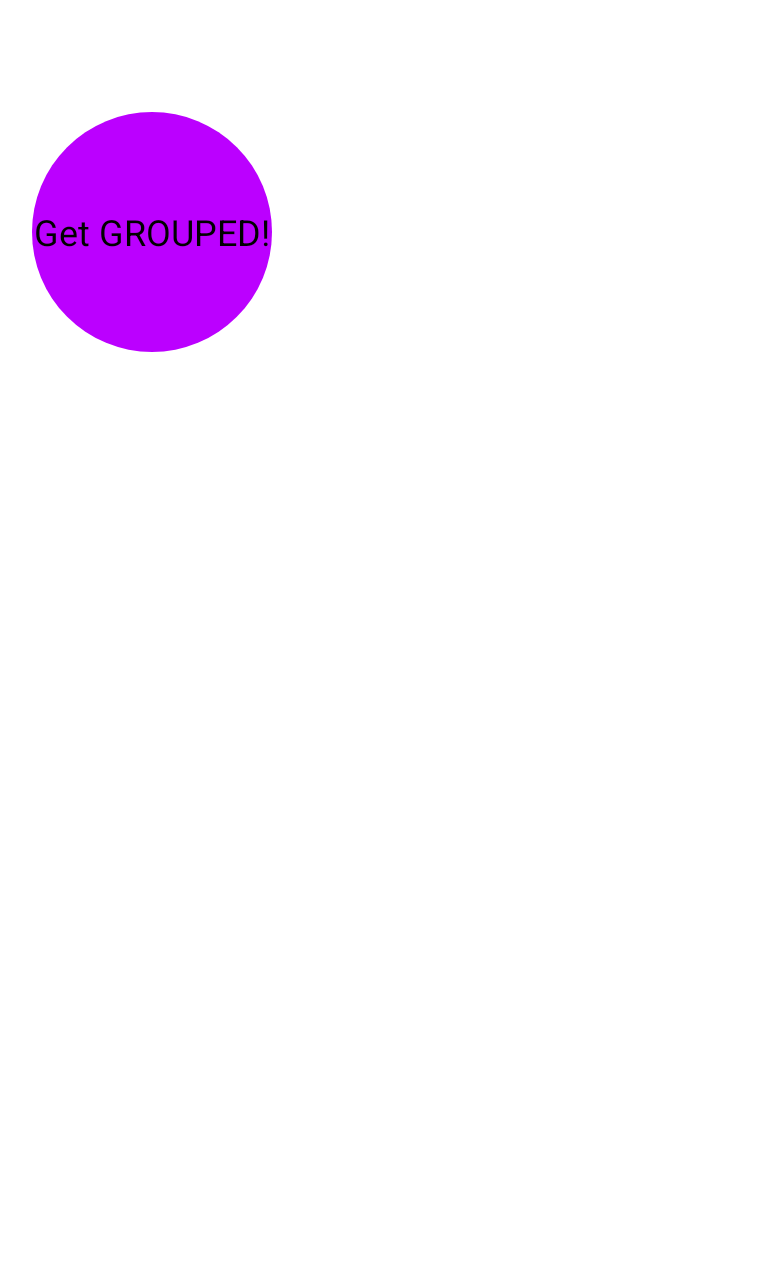
Repository: cs4471/grouped-client
Layout: Grouped/res/layout/activity_main.xml
An editor plug-in stored every save of this project. The layout is shown before and after the next save, followed by the edit.
It is drawn on a 768 x 1280 px phone screen (xhdpi) without system bars, with theme AppTheme; the app's code is not run.

Above is the layout before, as saved 2013-09-27 06:36:14.

### Grouped/res/layout/activity_main.xml
<RelativeLayout xmlns:android="http://schemas.android.com/apk/res/android"
    xmlns:tools="http://schemas.android.com/tools"
    android:layout_width="match_parent"
    android:layout_height="match_parent"
    android:paddingBottom="@dimen/activity_vertical_margin"
    android:paddingLeft="@dimen/activity_horizontal_margin"
    android:paddingRight="@dimen/activity_horizontal_margin"
    android:paddingTop="@dimen/activity_vertical_margin"
    tools:context=".MainActivity" >

    <Button
        android:id="@+id/button1"
        android:layout_width="wrap_content"
        android:layout_height="wrap_content"
        android:layout_alignParentLeft="true"
        android:layout_alignParentTop="true"
        android:layout_marginTop="40dp"
        android:background="@drawable/GetGroupedButton"
        android:onClick="openEditGroupPage"
        android:text="Get GROUPED!" />

</RelativeLayout>

### Grouped/res/drawable/GetGroupedButton.xml
<?xml version="1.0" encoding="utf-8"?>
<shape
    xmlns:android="http://schemas.android.com/apk/res/android"
    android:shape="oval">

   <solid
       android:color="#bb00ff"/>

   <size
       android:width="120dp"
        android:height="120dp"/>
</shape>

Loaded but not shown: Grouped/res/values/styles.xml (common file); Grouped/res/values-v14/styles.xml (common file); Grouped/res/values/dimens.xml (common file)

After the next save:
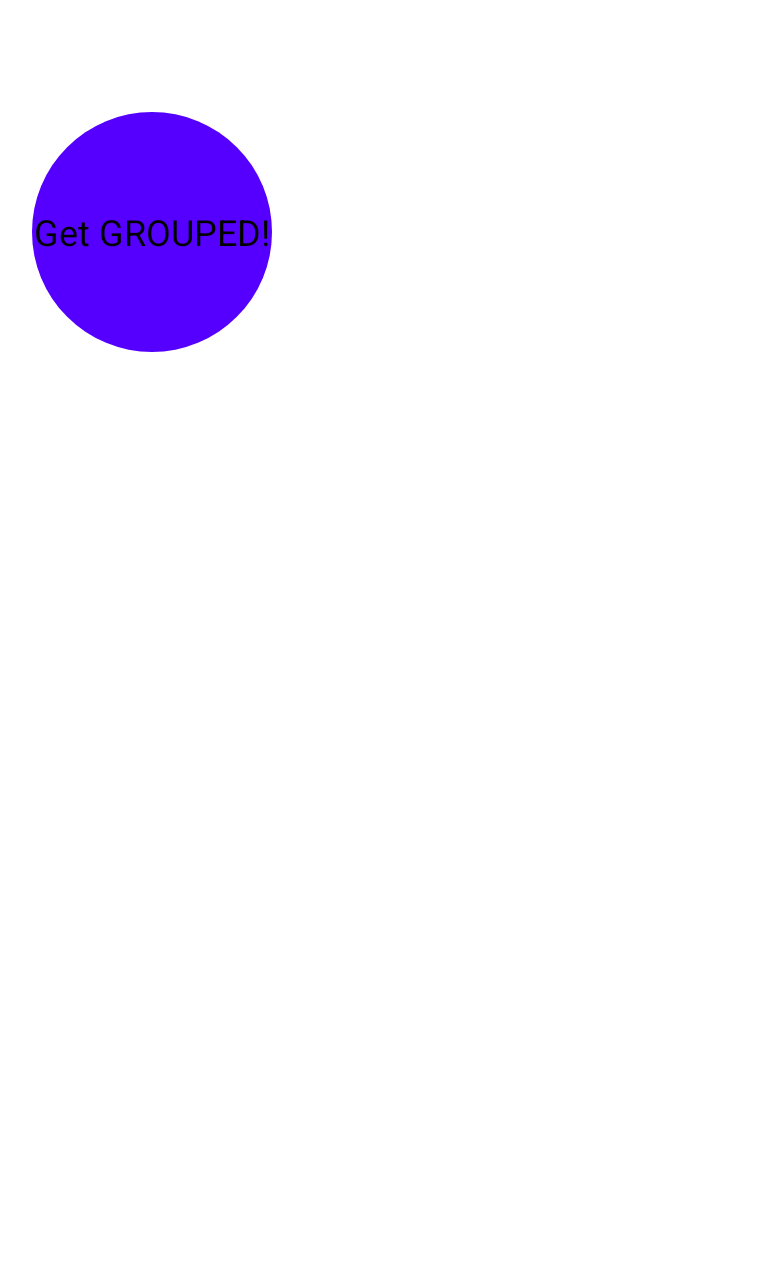
Saved 5 s later.
--- a/Grouped/res/drawable/GetGroupedButton.xml
+++ b/Grouped/res/drawable/GetGroupedButton.xml
@@ -4,7 +4,7 @@
     android:shape="oval">
 
    <solid
-       android:color="#bb00ff"/>
+       android:color="#5500ff"/>
 
    <size
        android:width="120dp"
